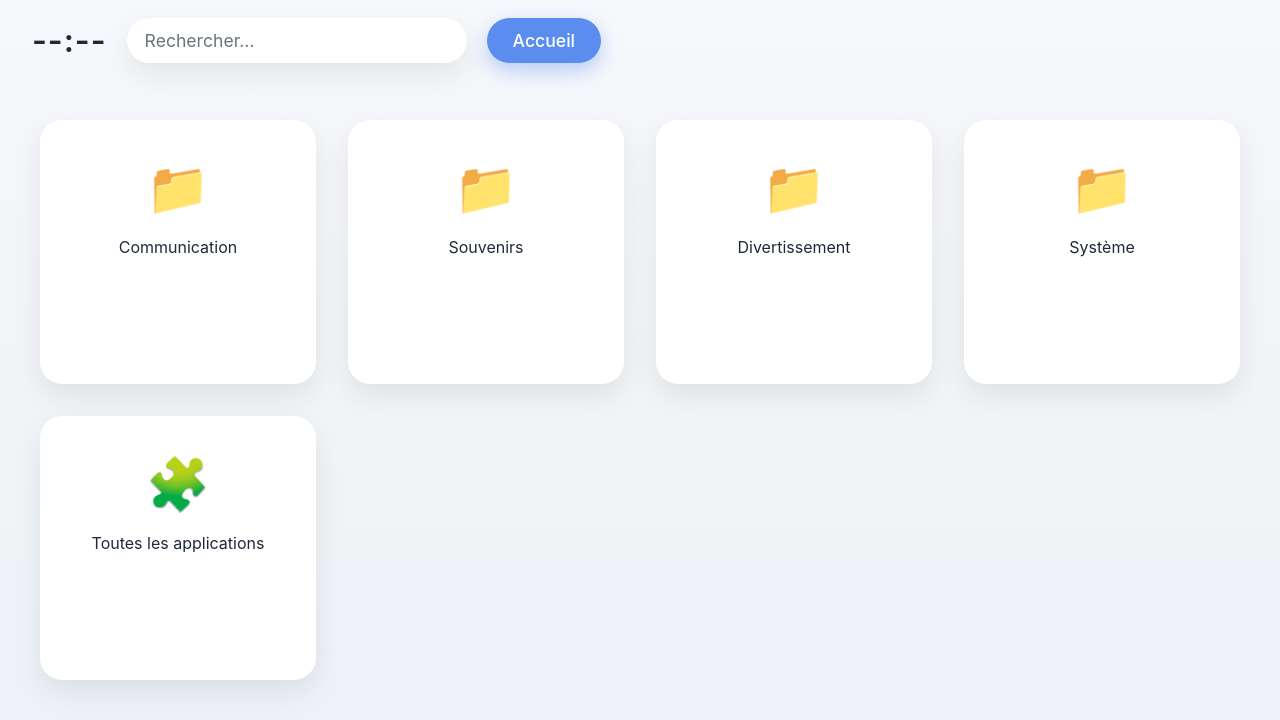
Repository: nlagardere/OpenHand
Page: index.html
These files come from the project's save history. The page is drawn as it stood at one moment and after the next save; the edit follows.
The browser window is 1280 px wide. The pictures show the whole page.

Above is the page before, as saved 2026-01-30 19:59:21.

### index.html
<!DOCTYPE html>
<html lang="fr">
<head>
<meta charset="UTF-8">
<meta name="viewport" content="width=device-width, initial-scale=1.0">
<title>OpenHand</title>
<link rel="stylesheet" href="css/style.css">
</head>

<body>
<header>
  <div id="clock">--:--</div>
  <input id="search" placeholder="Rechercher…" />
  <button id="homeBtn">Accueil</button>
</header>


<main id="menu"></main>
<section id="appView"></section>


<script src="js/app-manager.js"></script>
</body>
</html>

### css/style.css
/* =========================
   OpenHand – Clean UI
   ========================= */

:root {
  --bg: #eef1f5;
  --surface: #ffffff;
  --accent: #5b8def;
  --accent-soft: #e8efff;
  --text-main: #1f2937;
  --text-soft: #6b7280;
  --radius: 22px;
  --shadow: 0 12px 30px rgba(0, 0, 0, 0.08);
}

* {
  box-sizing: border-box;
  font-family: "Inter", system-ui, -apple-system, BlinkMacSystemFont, sans-serif;
}

body {
  margin: 0;
  height: 100vh;
  background: linear-gradient(180deg, #f6f8fb, var(--bg));
  color: var(--text-main);
  display: flex;
  flex-direction: column;
}

/* =========================
   Header
   ========================= */

header {
  height: 80px;
  padding: 0 32px;
  display: flex;
  align-items: center;
  gap: 20px;
}

#clock {
  font-size: 2rem;
  font-weight: 600;
  letter-spacing: 0.03em;
}

#search {
  flex: 1;
  max-width: 340px;
  padding: 12px 18px;
  font-size: 1.1rem;
  border-radius: 999px;
  border: none;
  background: var(--surface);
  box-shadow: var(--shadow);
  outline: none;
}

#search::placeholder {
  color: var(--text-soft);
}

#homeBtn {
  padding: 12px 26px;
  font-size: 1.1rem;
  font-weight: 500;
  border-radius: 999px;
  border: none;
  background: var(--accent);
  color: white;
  cursor: pointer;
  box-shadow: 0 8px 20px rgba(91, 141, 239, 0.4);
}

#homeBtn:active {
  transform: scale(0.97);
}

/* =========================
   Menu grid
   ========================= */

#menu {
  flex: 1;
  padding: 40px;
  display: grid;
  grid-template-columns: repeat(auto-fill, minmax(240px, 1fr));
  gap: 32px;
}

/* =========================
   Cards
   ========================= */

.card {
  background: var(--surface);
  border-radius: var(--radius);
  padding: 36px 24px;
  text-align: center;
  cursor: pointer;
  box-shadow: var(--shadow);
  transition: transform 0.2s ease, box-shadow 0.2s ease;
}

.card:hover {
  transform: translateY(-6px);
  box-shadow: 0 20px 40px rgba(0, 0, 0, 0.12);
}

.icon {
  font-size: 3.2rem;
  margin-bottom: 18px;
}

.card span {
  display: block;
  font-size: 1.4rem;
  font-weight: 500;
}

/* =========================
   App view
   ========================= */

#appView {
  flex: 1;
  display: none;
  background: var(--surface);
}

/* =========================
   Animations
   ========================= */

.fade {
  animation: fadeIn 0.25s ease-out;
}

@keyframes fadeIn {
  from {
    opacity: 0;
    transform: scale(0.96);
  }
  to {
    opacity: 1;
    transform: scale(1);
  }
}

### js/app-manager.js
let allApps = [];
let currentView = "home";

fetch("apps.json")
  .then(r => r.json())
  .then(apps => {
    allApps = apps;
    showCategories();
  });

function showCategories() {
  currentView = "home";
  menu.innerHTML = "";
  appView.style.display = "none";
  menu.style.display = "grid";

  const categories = [...new Set(allApps.map(a => a.category))];

  categories.forEach(cat => {
    createCard(cat, "📁", () => showApps(cat));
  });

  createCard("Toutes les applications", "🧩", () => showApps());
}

function showApps(category = null) {
  currentView = "apps";
  menu.innerHTML = "";
  const apps = category
    ? allApps.filter(a => a.category === category)
    : allApps;

  apps.forEach(app => {
    createCard(app.name, app.icon, () => openApp(app.entry));
  });
}

function createCard(label, icon, action) {
  const card = document.createElement("div");
  card.className = "card fade";
  card.innerHTML = `<div class="icon">${icon}</div>${label}`;
  card.onclick = action;
  menu.appendChild(card);
}

function openApp(url) {
  menu.style.display = "none";
  appView.style.display = "block";
  appView.innerHTML = `
    <iframe src="${url}" style="width:100%;height:100%;border:none;"></iframe>
  `;
}

homeBtn.onclick = showCategories;

/* Recherche */
search.oninput = () => {
  const q = search.value.toLowerCase();
  menu.innerHTML = "";
  allApps
    .filter(a => a.name.toLowerCase().includes(q))
    .forEach(a =>
      createCard(a.name, a.icon, () => openApp(a.entry))
    );
};

### apps.json
[
  {
    "name": "Internet",
    "icon": "🌍",
    "category": "Communication",
    "entry": "apps/internet/index.html"
  },
  {
    "name": "Messages",
    "icon": "📬",
    "category": "Communication",
    "entry": "apps/messages/index.html"
  },
  {
    "name": "Photos",
    "icon": "🖼️",
    "category": "Souvenirs",
    "entry": "apps/photos/index.html"
  },
  {
    "name": "Musique",
    "icon": "🎵",
    "category": "Divertissement",
    "entry": "apps/musique/index.html"
  },
  {
    "name": "Radio",
    "icon": "📻",
    "category": "Divertissement",
    "entry": "apps/radio/index.html"
  },
  {
    "name": "Réglages",
    "icon": "⚙️",
    "category": "Système",
    "entry": "apps/settings/index.html"
  }
]

After the next save:
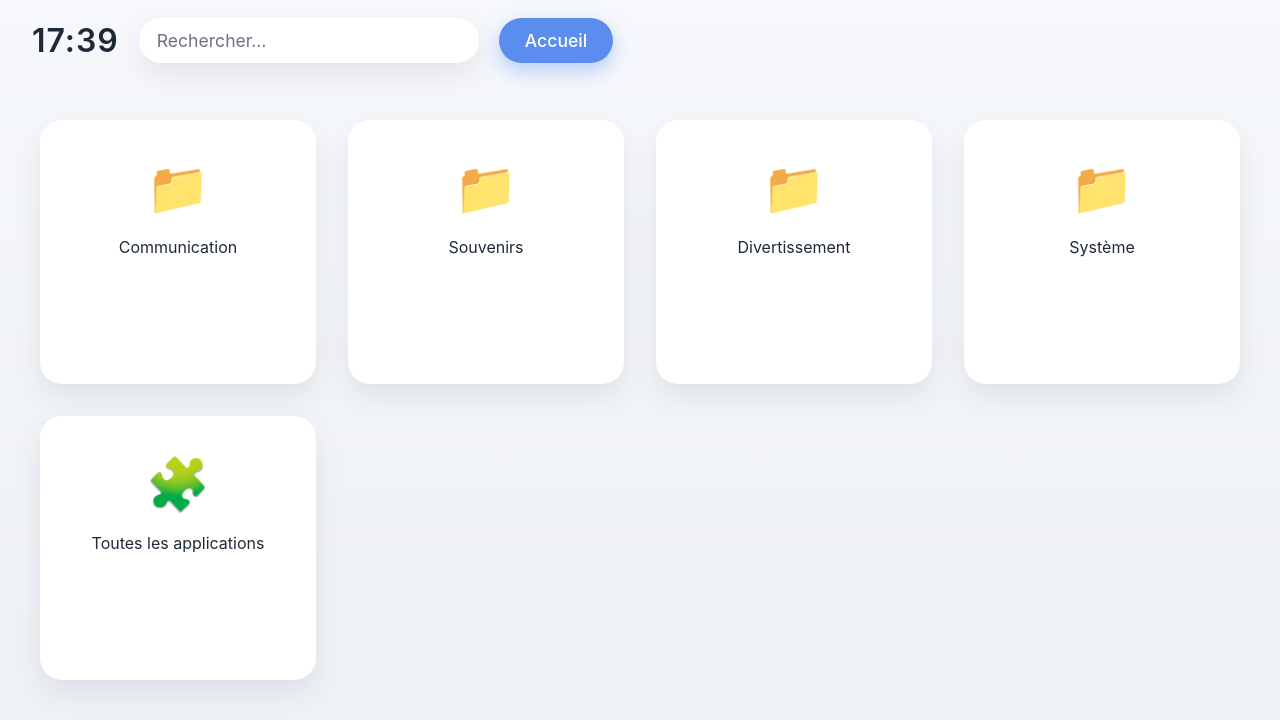
Saved 4 s later.
--- a/index.html
+++ b/index.html
@@ -20,5 +20,15 @@
 
 
 <script src="js/app-manager.js"></script>
+<script>
+  function updateClock() {
+    const now = new Date();
+    const hours = String(now.getHours()).padStart(2, '0');
+    const minutes = String(now.getMinutes()).padStart(2, '0');
+    document.getElementById('clock').textContent = `${hours}:${minutes}`;
+  }
+  updateClock();
+  setInterval(updateClock, 1000);
+</script>
 </body>
 </html>

After the 2 saves that followed:
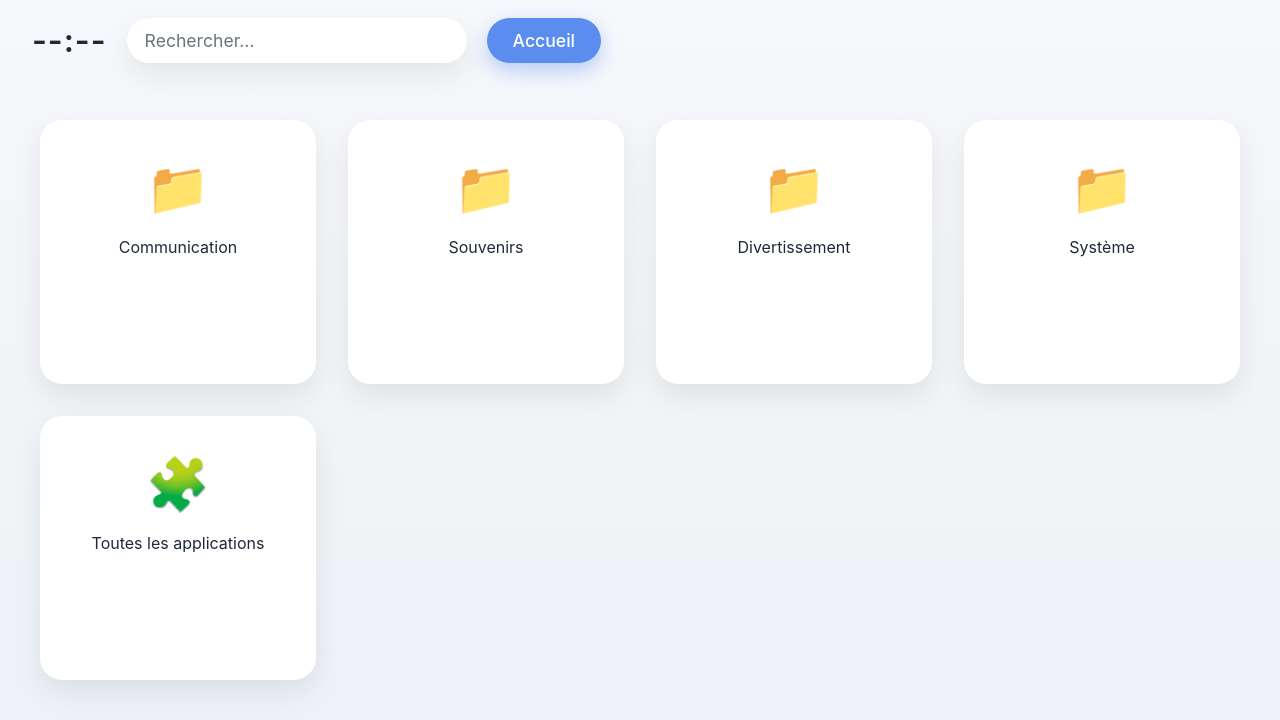
Console error: SyntaxError: Unexpected string
The 2 saves are shown as one change because 1 left the picture as it was.
The last was saved 25 s later.
--- a/index.html
+++ b/index.html
@@ -28,7 +28,16 @@
     document.getElementById('clock').textContent = `${hours}:${minutes}`;
   }
   updateClock();
-  setInterval(updateClock, 1000);
+  setInterval(updateClock, 60000);
+I'd be happy to help, but your request seems incomplete. Could you clarify what you'd like to add at that location?
+
+For example, are you looking to:
+- Add an event listener for the search input?
+- Add functionality to the home button?
+- Update the clock display?
+- Something else?
+
+Please provide more details about what functionality you want to implement.
 </script>
 </body>
 </html>
